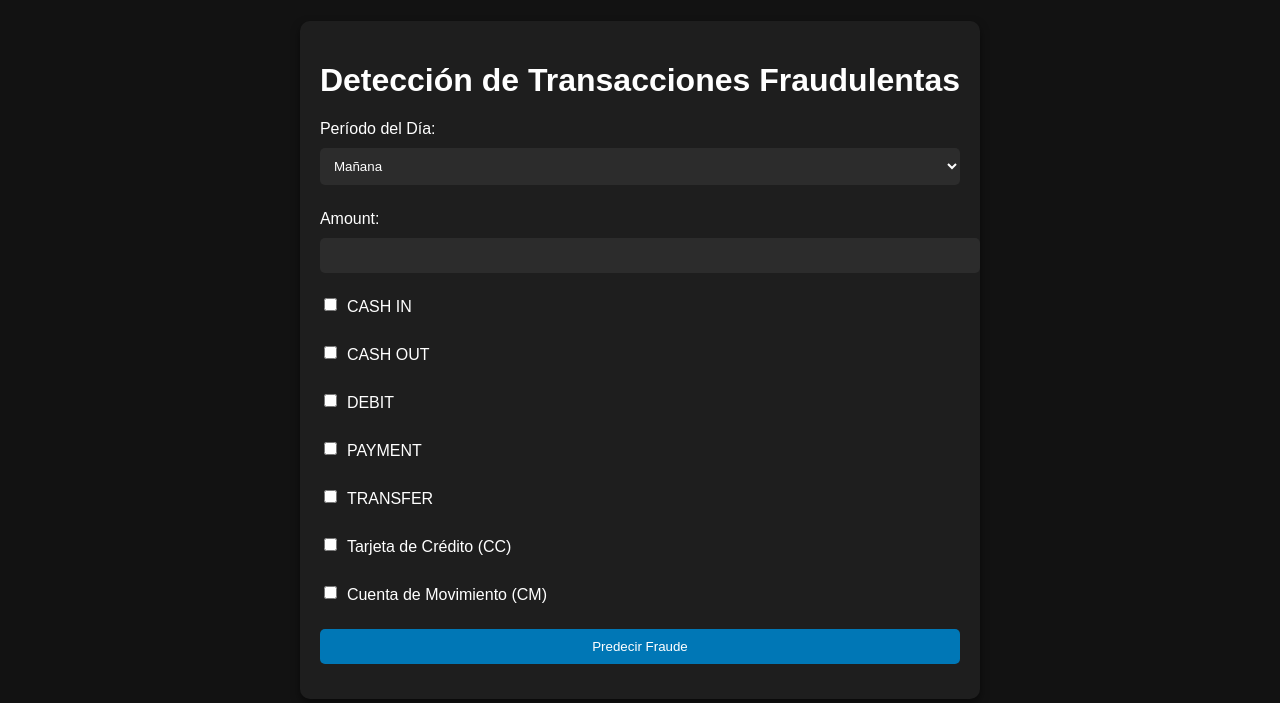
Repository: civvic1/Fraud_Detection_Online
Page: templates/index.html
These files come from the project's save history. The page is drawn as it stood at one moment and after the next save; the edit follows.
The browser window is 1280 px wide. The pictures show the whole page.
The template is drawn by Flask 3. The application's start-up code is not run. Other server files are loaded and not shown. The template is opened directly, without the code that normally fills it, so the values that code supplies are empty.

Above is the page before, as saved 2024-10-25 12:50:03.

### templates/index.html
<!DOCTYPE html>
<html lang="en">
  <head>
    <meta charset="UTF-8" />
    <meta name="viewport" content="width=device-width, initial-scale=1.0" />
    <title>Detección de Fraude</title>
    <style>
      body {
        background-color: #121212;
        color: white;
        font-family: Arial, sans-serif;
        display: flex;
        justify-content: center;
        align-items: center;
        height: 100vh;
        margin: 0;
      }

      .form-container {
        background-color: #1e1e1e;
        padding: 20px;
        border-radius: 10px;
        box-shadow: 0 4px 8px rgba(0, 0, 0, 0.5);
      }

      label {
        display: block;
        margin: 10px 0 5px;
      }

      input[type="number"],
      input[type="submit"],
      select {
        width: 100%;
        padding: 10px;
        margin: 5px 0 15px;
        border: none;
        border-radius: 5px;
        background-color: #2c2c2c;
        color: white;
      }

      input[type="checkbox"] {
        margin-right: 10px;
      }

      input[type="submit"] {
        background-color: #0077b6;
        color: white;
        cursor: pointer;
      }

      input[type="submit"]:hover {
        background-color: #005f87;
      }

      .checkbox-group {
        display: flex;
        align-items: center;
        margin-bottom: 15px;
      }
    </style>
  </head>
  <body>
    <div class="form-container">
      <h1>Detección de Transacciones Fraudulentas</h1>
      <form action="/predecir" method="POST">
        <!-- Menú desplegable para el período del día -->
        <label for="periodo_dia">Período del Día:</label>
        <select id="periodo_dia" name="periodo_dia" required>
          <option value="Mañana">Mañana</option>
          <option value="Mediodía">Mediodía</option>
          <option value="Tarde">Tarde</option>
          <option value="Noche">Noche</option>
          <option value="Madrugada">Madrugada</option>
        </select>

        <label for="amount">Amount:</label>
        <input type="number" step="0.01" id="amount" name="amount" required />

        <div class="checkbox-group">
          <input
            type="checkbox"
            id="type_CASH_IN"
            name="type_CASH_IN"
            value="1"
          />
          <label for="type_CASH_IN">CASH IN</label>
        </div>

        <div class="checkbox-group">
          <input
            type="checkbox"
            id="type_CASH_OUT"
            name="type_CASH_OUT"
            value="1"
          />
          <label for="type_CASH_OUT">CASH OUT</label>
        </div>

        <div class="checkbox-group">
          <input type="checkbox" id="type_DEBIT" name="type_DEBIT" value="1" />
          <label for="type_DEBIT">DEBIT</label>
        </div>

        <div class="checkbox-group">
          <input
            type="checkbox"
            id="type_PAYMENT"
            name="type_PAYMENT"
            value="1"
          />
          <label for="type_PAYMENT">PAYMENT</label>
        </div>

        <div class="checkbox-group">
          <input
            type="checkbox"
            id="type_TRANSFER"
            name="type_TRANSFER"
            value="1"
          />
          <label for="type_TRANSFER">TRANSFER</label>
        </div>

        <div class="checkbox-group">
          <input type="checkbox" id="type2_CC" name="type2_CC" value="1" />
          <label for="type2_CC">Tarjeta de Crédito (CC)</label>
        </div>

        <div class="checkbox-group">
          <input type="checkbox" id="type2_CM" name="type2_CM" value="1" />
          <label for="type2_CM">Cuenta de Movimiento (CM)</label>
        </div>

        <input type="submit" value="Predecir Fraude" />
      </form>
    </div>

    <script>
      // Asegura que si los checkboxes no están marcados, se envíen con valor 0
      const form = document.querySelector("form");
      form.addEventListener("submit", function () {
        [
          "type_CASH_IN",
          "type_CASH_OUT",
          "type_DEBIT",
          "type_PAYMENT",
          "type_TRANSFER",
          "type2_CC",
          "type2_CM",
        ].forEach((id) => {
          const checkbox = document.getElementById(id);
          if (!checkbox.checked) {
            checkbox.checked = true;
            checkbox.value = 0;
          }
        });
      });
    </script>
  </body>
</html>

After the next save:
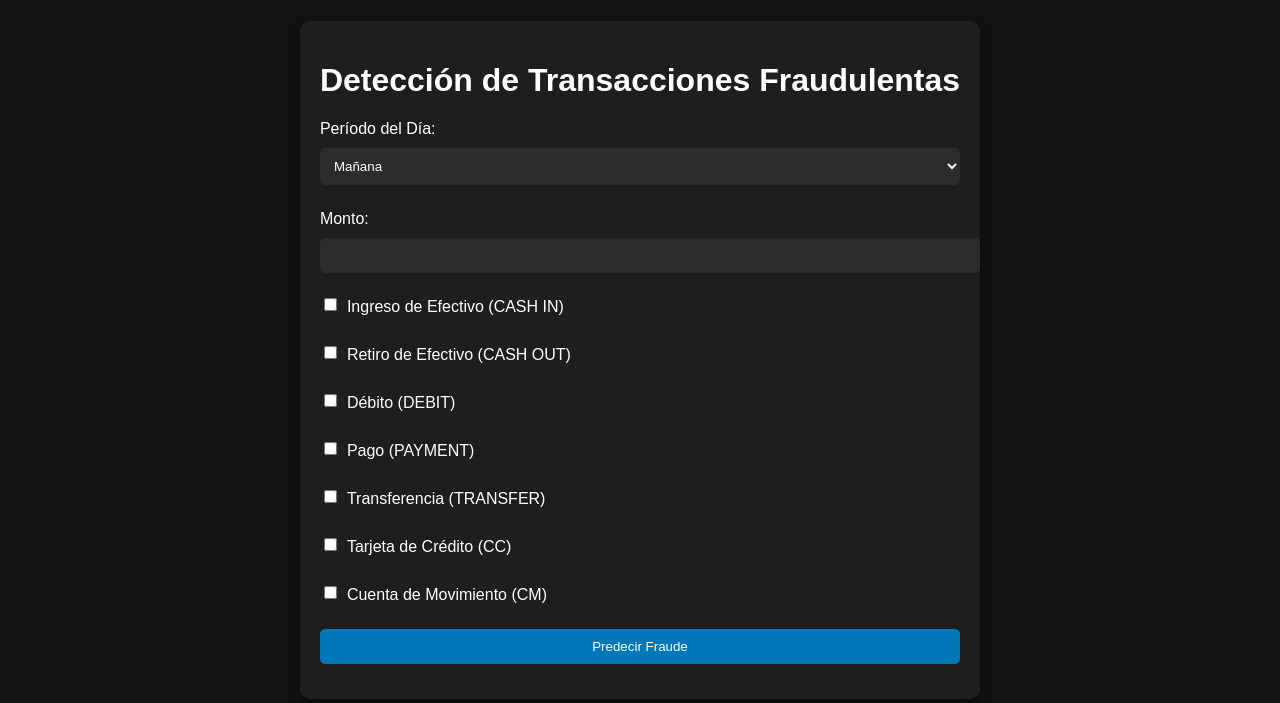
Saved 37 s later.
--- a/templates/index.html
+++ b/templates/index.html
@@ -1,5 +1,5 @@
 <!DOCTYPE html>
-<html lang="en">
+<html lang="es">
   <head>
     <meta charset="UTF-8" />
     <meta name="viewport" content="width=device-width, initial-scale=1.0" />
@@ -75,7 +75,7 @@
           <option value="Madrugada">Madrugada</option>
         </select>
 
-        <label for="amount">Amount:</label>
+        <label for="amount">Monto:</label>
         <input type="number" step="0.01" id="amount" name="amount" required />
 
         <div class="checkbox-group">
@@ -85,7 +85,7 @@
             name="type_CASH_IN"
             value="1"
           />
-          <label for="type_CASH_IN">CASH IN</label>
+          <label for="type_CASH_IN">Ingreso de Efectivo (CASH IN)</label>
         </div>
 
         <div class="checkbox-group">
@@ -95,12 +95,12 @@
             name="type_CASH_OUT"
             value="1"
           />
-          <label for="type_CASH_OUT">CASH OUT</label>
+          <label for="type_CASH_OUT">Retiro de Efectivo (CASH OUT)</label>
         </div>
 
         <div class="checkbox-group">
           <input type="checkbox" id="type_DEBIT" name="type_DEBIT" value="1" />
-          <label for="type_DEBIT">DEBIT</label>
+          <label for="type_DEBIT">Débito (DEBIT)</label>
         </div>
 
         <div class="checkbox-group">
@@ -110,7 +110,7 @@
             name="type_PAYMENT"
             value="1"
           />
-          <label for="type_PAYMENT">PAYMENT</label>
+          <label for="type_PAYMENT">Pago (PAYMENT)</label>
         </div>
 
         <div class="checkbox-group">
@@ -120,7 +120,7 @@
             name="type_TRANSFER"
             value="1"
           />
-          <label for="type_TRANSFER">TRANSFER</label>
+          <label for="type_TRANSFER">Transferencia (TRANSFER)</label>
         </div>
 
         <div class="checkbox-group">
